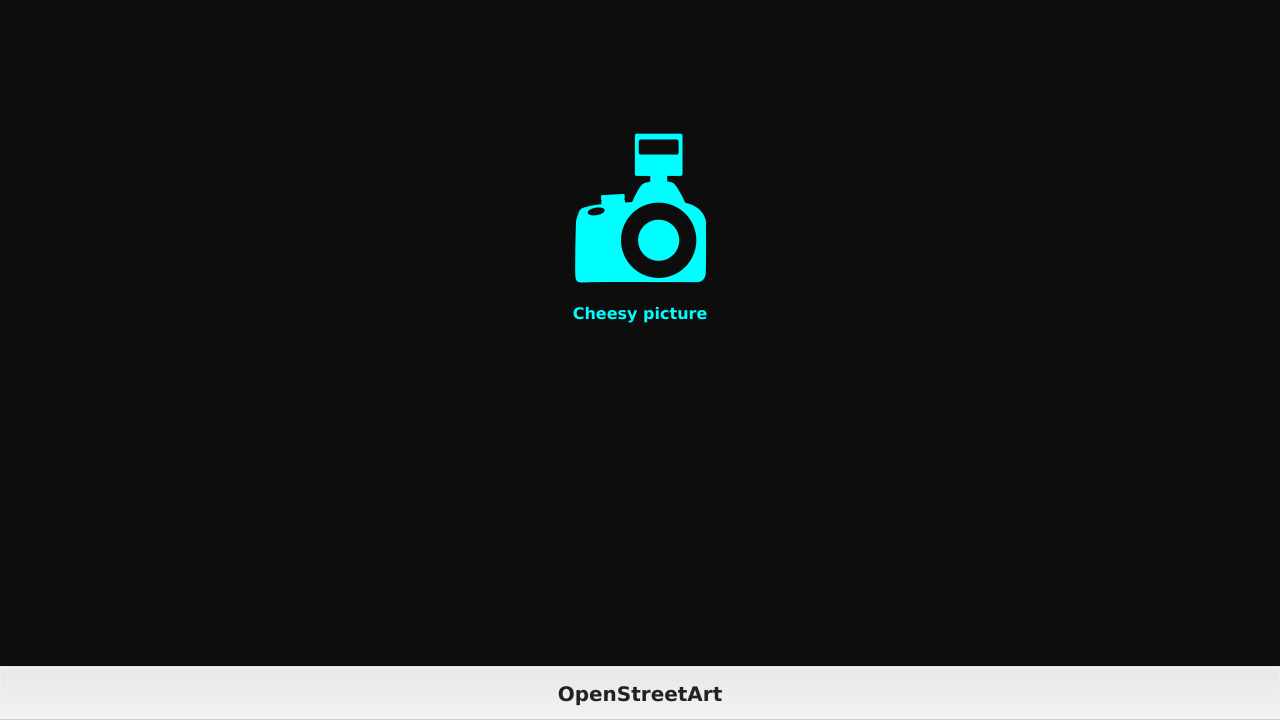
Repository: Unitech/OpenStreetMap
Page: lib/cordova_mobile_app/OpenStreetMap/assets/www/index.html
The author's editor kept a copy of each file at every save. The page is drawn from the files as they stood at one save, then again after a run of saves.
The browser window is 1280 px wide. The pictures show the whole page.
Some web libraries are served in a nearby version.

Above is the page before, as saved 2012-06-25 23:17:14.

After the next 2 saves:
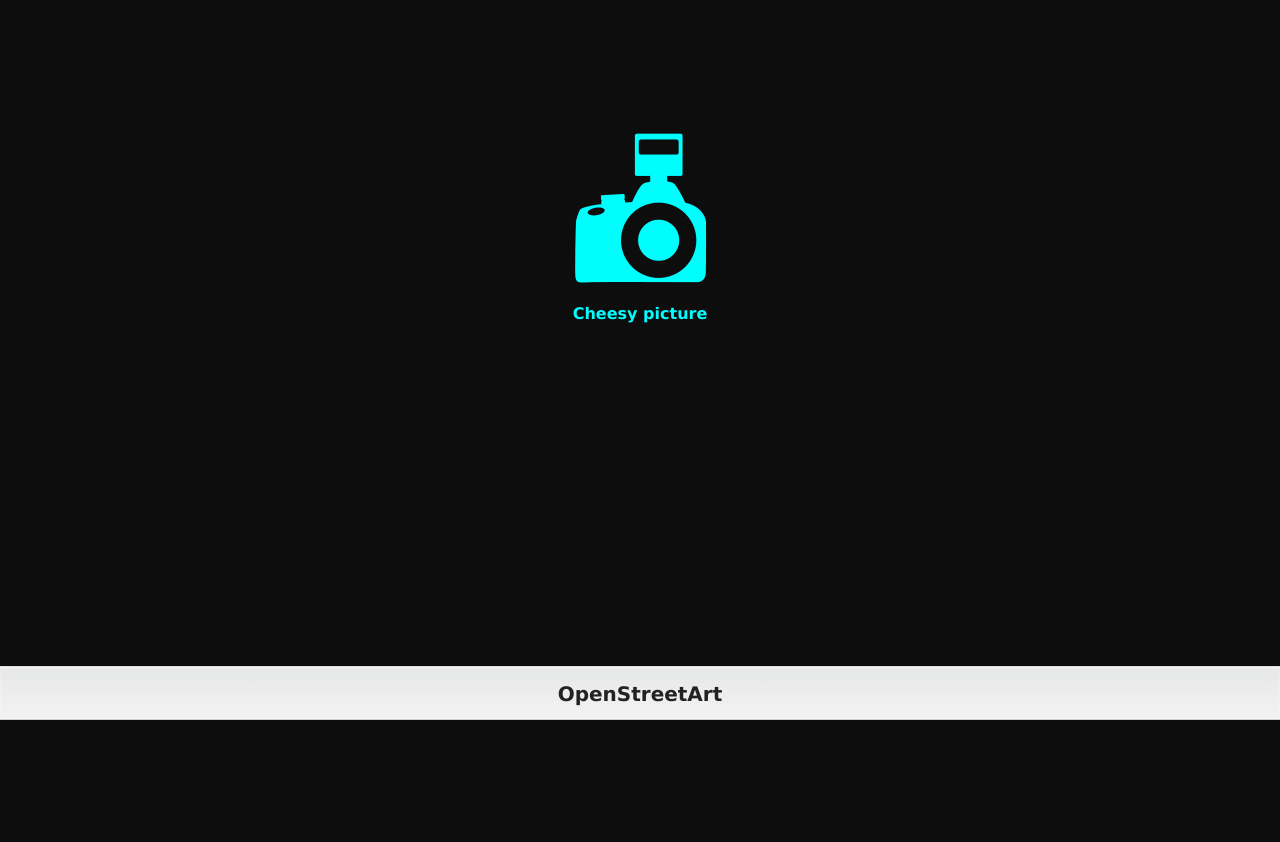
The 2 saves are shown as one change because they came seconds apart.
The last was saved 70 s later.
--- a/lib/cordova_mobile_app/OpenStreetMap/assets/www/index.js
+++ b/lib/cordova_mobile_app/OpenStreetMap/assets/www/index.js
@@ -55,3 +55,7 @@
 function init() {
     document.addEventListener("deviceready", onDeviceReady, true);
 }
+
+$().ready(function() {
+    $('#photo-image-btn').animate({'margin-bottom': '500px'});
+});
